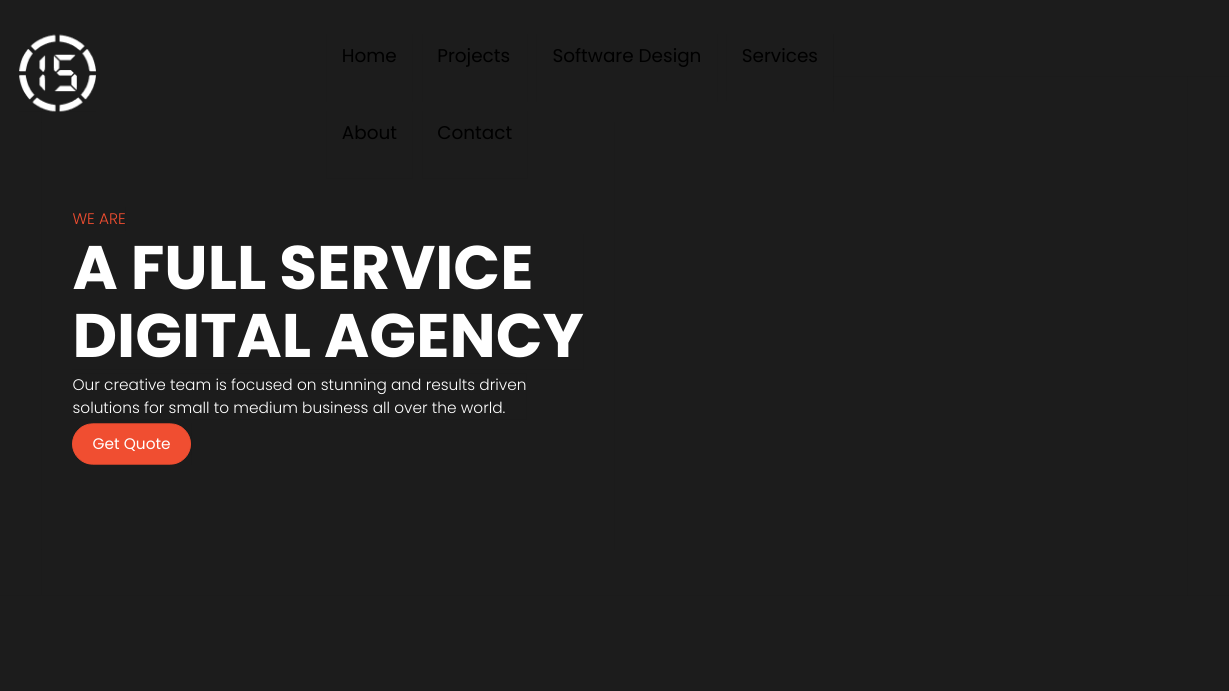
Repository: gopalpurohit54/one5
Page: /
These files come from the project's save history. The page is drawn as it stood at one moment and after the next save; the edit follows.
The browser window is 1280 px wide. The pictures show the whole page, at 96% of full size.
The project was rebuilt for these pictures with package versions that can differ from the ones it lists, and the page was loaded fresh each time.

Above is the page before, as saved 2021-06-11 15:01:07.

### src/index.css
@import url('https://fonts.googleapis.com/css2?family=Poppins:ital,wght@0,100;0,200;0,300;0,400;0,500;0,600;0,700;0,800;0,900;1,100;1,200;1,300;1,400;1,500;1,600;1,700;1,800;1,900&display=swap');

* {
  margin: 0;
  padding: 0;
  outline: none;
  font-family: 'Poppins', sans-serif;
  -webkit-font-smoothing: antialiased;
  -moz-osx-font-smoothing: grayscale;
}

code {
  font-family: source-code-pro, Menlo, Monaco, Consolas, 'Courier New',
    monospace;
}

### src/components/App.js
import React from 'react';
import Navbar from '../components/Navbar';
import { BrowserRouter as Router, Switch, Route } from 'react-router-dom';
import './App.css';
import Home from '../components/Pages/Home';

function App() {
  return (
    <>
    <Router>
      <Navbar />
      <Switch>
        <Route path='/' exact component= {Home} />
      </Switch>
    </Router>
    </>
  );
}



export default App

### src/components/navbar.js
import React, { useState } from 'react';
import { Link } from 'react-router-dom';
import './Navbar.css';

function Navbar() {

    const [click, setClick] = useState(false);

    const handleClick = () => setClick(!click);
    const closeMobileMenu = () => setClick(false);

    return (
        <>
            <nav className="navbar">
                <div className="navbar-container">
                    <Link to="/" className="navbar-logo" onClick= {closeMobileMenu}>
                        <img src="/logo-white.png" alt="" />
                    </Link>
                </div>
                <div className="menu-icon" onClick= {handleClick}>
                    <i className= { click ? 'fas fa-times' : 'fas fa-bars'} />
                </div>
                <ul className= { click ? 'nav-menu active' : 'nav-menu'}>
                    <li className= 'nav-item'>
                        <Link to= '/home' className='nav-links' onClick= {closeMobileMenu}>
                            Home
                        </Link>
                    </li>
                    <li className= 'nav-item'>
                        <Link to= '/projects' className='nav-links' onClick= {closeMobileMenu}>
                            Projects
                        </Link>
                    </li>
                    <li className= 'nav-item'>
                        <Link to= '/software-design' className='nav-links' onClick= {closeMobileMenu}>
                            Software Design
                        </Link>
                    </li>
                    <li className= 'nav-item'>
                        <Link to= '/services' className='nav-links' onClick= {closeMobileMenu}>
                            Services
                        </Link>
                    </li>
                    <li className= 'nav-item'>
                        <Link to= '/about' className='nav-links' onClick= {closeMobileMenu}>
                            About
                        </Link>
                    </li>
                    <li className= 'nav-item'>
                        <Link to= '/contact' className='nav-links' onClick= {closeMobileMenu}>
                            Contact
                        </Link>
                    </li>
                </ul>
            </nav>
        </>
    )
}

export default Navbar

### src/components/App.css

* {
    box-sizing: border-box;
    margin: 0;
    padding: 0;
    font-family: 'Poppins', sans-serif;
    background: #1c1c1c;
  }

### src/components/Pages/Home.js
import React from 'react';
import '../App.css';
import  HeroSection from '../HeroSection';

function Home() {
    return (
        <>
            <HeroSection />
        </>
    )
}

export default Home

### src/components/navbar.css
:root {
    --primary: #F04E31;
}

.navbar {
    background: transparent;
    height: 80px;
    display: flex;
    justify-content: flex-start;
    font-size: 1.2rem;
    position: sticky;
    top: 5%;
    z-index: 999;
}

.navbar-container {
    display: flex;
    justify-content: left;
    align-items: left;
    height: 80px;
    /* max-width: 1500px; */
}

.navbar-logo {
    justify-self: start;
    margin-left: 20px;
    cursor: pointer;
    display: flex;
    align-items: center;
}

.nav-menu {
    display: grid;
    grid-template-columns: repeat(4, auto);
    grid-gap: 10px;
    list-style: none;
    text-align: left;
    width: 60vw;
    justify-content: end;
    margin-right: 2rem;
}

.nav-item {
    height: 70px;
  }

  .nav-links {
    color: #000;
    display: flex;
    align-items: left;
    text-decoration: none;
    padding: 0.5rem 1rem;
    height: 100%;
  }

  .nav-links:hover {
    color: var(--primary);
    transition: all 0.2s ease-out;
  }

  .fa-bars {
    color: #fff;
  }

  .fa-bars:hover {
    color: #F04E31;
  }

  .nav-links-mobile {
    display: none;
  }

  .menu-icon {
    display: none;
  }

  @media screen and (max-width: 960px) {
    .NavbarItems {
      position: relative;
    }

    .nav-menu {
      display: flex;
      flex-direction: column;
      width: 100%;
      height: 90vh;
      position: absolute;
      top: 77px;
      left: -100%;
      opacity: 1;
      transition: all 0.5s ease;
    }

    .nav-menu.active {
      background: #fff;
      left: 0;
      opacity: 1;
      transition: all 0.5s ease;
      z-index: 1;
    }

    .nav-links {
      text-align: left;
      padding: 2rem;
      width: 100%;
      display: table;
    }

    .nav-links:hover {
      background-color: #fff;
      color: var(--primary);
      border-radius: 0;
    }

    .navbar-logo {
      position: absolute;
      top: 0;
      left: 0;
      transform: translate(25%, 50%);
    }

    .menu-icon {
      display: block;
      position: absolute;
      top: 0;
      right: 0;
      transform: translate(-100%, 60%);
      font-size: 1.8rem;
      cursor: pointer;
    }

    .fa-times {
      color: #000;
      font-size: 2rem;
    }

    .fa-times:hover {
      color: #F04E31;
    }
    .nav-links-mobile {
      display: block;
      text-align: left;
      margin: 2rem auto;
      border-radius: 4px;
      width: 80%;
      text-decoration: none;
      font-size: 1.5rem;
      background-color: transparent;
      color: #000;
      padding: 14px 20px;
      border: none;
      transition: all 0.3s ease-out;
    }

    .nav-links-mobile:hover {
      background: #fff;
      color: var(--primary);
      transition: 250ms;
    }
  }

### src/components/HeroSection.js
import React, { useState, useEffect } from 'react';
import './App.css';
import { Button } from './Button';
// import anim from '../src/assets/red-blob-hq.gif';
import styled from 'styled-components';
import { motion } from 'framer-motion';

function HeroSection() {

    const Section = styled.section `
        height: 75vh;
        display: flex;
        flex-direction: column;
        justify-content: center;
        align-items: center;
        background: #1c1c1c;
    `;

    const Container = styled.div `
        display: grid;
        grid-template-columns: 1fr 1fr;
        height: 100vh;
        padding: 3rem calc((100vw - 1300px) /2 );

        @media screen and (max-width: 768px){
            grid-grid-template-columns: 1fr;
        }
    `;

    const ColumnLeft = styled.div `
        display: flex;
        color: #fff;
        flex-direction: column;
        justify-content: center;
        align-items: flex-start;
        padding: 5rem 2rem;

        h1 {
            margin-bottom: 0.25rem;
            font-size: 4rem;
            line-height: 1.1;
        }

        p {
            margin-bottom: 0.25rem;
            font-size: 1rem;
            line-height: 1.5;
            font-style: normal;
            font-weight: 300;
        }

    `;
    const ColumnRight = styled.div ``

    // eslint-disable-next-line no-unused-vars
    const [button, setButton] = useState(true);

    const showButton = () => {
        if(window.innerWidth <= 960) {
            setButton(false);
        } else {
            setButton(true);
        }
    };

    useEffect ( ( ) => {
        showButton();
    }, []);

    window.addEventListener('resize', showButton);

    return (
        <Section className = 'hero-section'>
            <Container className = 'hero-container'>
                <ColumnLeft className = 'col-left'>
                    <p className = 'hero-shortdesc' style={{ color: '#F04E31' }}>WE ARE</p>
                    <h1>A FULL SERVICE <br/>
                    DIGITAL AGENCY</h1>
                    <p className = 'hero-desc'>Our creative team is focused on stunning and results driven <br/>
                    solutions for small to medium business all over the world.</p>
                    <div className='hero-btn'>
                    <Button className='btn' buttonStyle='btn--primary'>Get Quote</Button>
                    </div>
                </ColumnLeft>
                {/* <ColumnRight className = 'col-right'>
                    <img src= { anim } style= {{ display: 'block', margin: 'auto' }} alt= "Loading..." />
                </ColumnRight> */}
            </Container>
        </Section>
    )
}

export default HeroSection

### src/components/Button.js
import React from 'react';
import './Button.css';
import { Link } from 'react-router-dom';

const STYLES = ['btn--primary', 'btn--outline', 'btn--test'];

const SIZES = ['btn--medium', 'btn--large'];

export const Button = ({
  children,
  type,
  onClick,
  buttonStyle,
  buttonSize
}) => {
  const checkButtonStyle = STYLES.includes(buttonStyle)
    ? buttonStyle
    : STYLES[0];

  const checkButtonSize = SIZES.includes(buttonSize) ? buttonSize : SIZES[0];

  return (
    <Link to='/sign-up' className='btn-mobile'>
      <button
        className={`btn ${checkButtonStyle} ${checkButtonSize}`}
        onClick={onClick}
        type={type}
      >
        {children}
      </button>
    </Link>
  );
};

### src/components/Button.css
:root {
    --primary: #F04E31;
}

.btn {
    padding: 8px 20px;
    border-radius: 30px;
    outline: none;
    border: none;
    cursor: pointer;
}

.btn--primary {
    background-color: var(--primary);
    color: #fff;
    border: 1px solid var(--primary);
}

.btn--outline {
    background-color: transparent;
    color: #F04E31;
    padding: 8px 20px;
    border: 1px solid var(--primary);
    transition: all 0.3s ease-out;
}

.btn--medium {
    padding: 8px 20px;
    font-size: 16px;
}

.btn--large {
    padding: 12px 26px;
    font-size: 16px;
}

.btn--medium:hover, .btn--large:hover {
    background: transparent;
    color: #F04E31;
    transition: all 0.3s ease-out;
}

Loaded but not shown: public/index.html (common file); src/index.js (common file); src/reportWebVitals.js (common file)

After the next save:
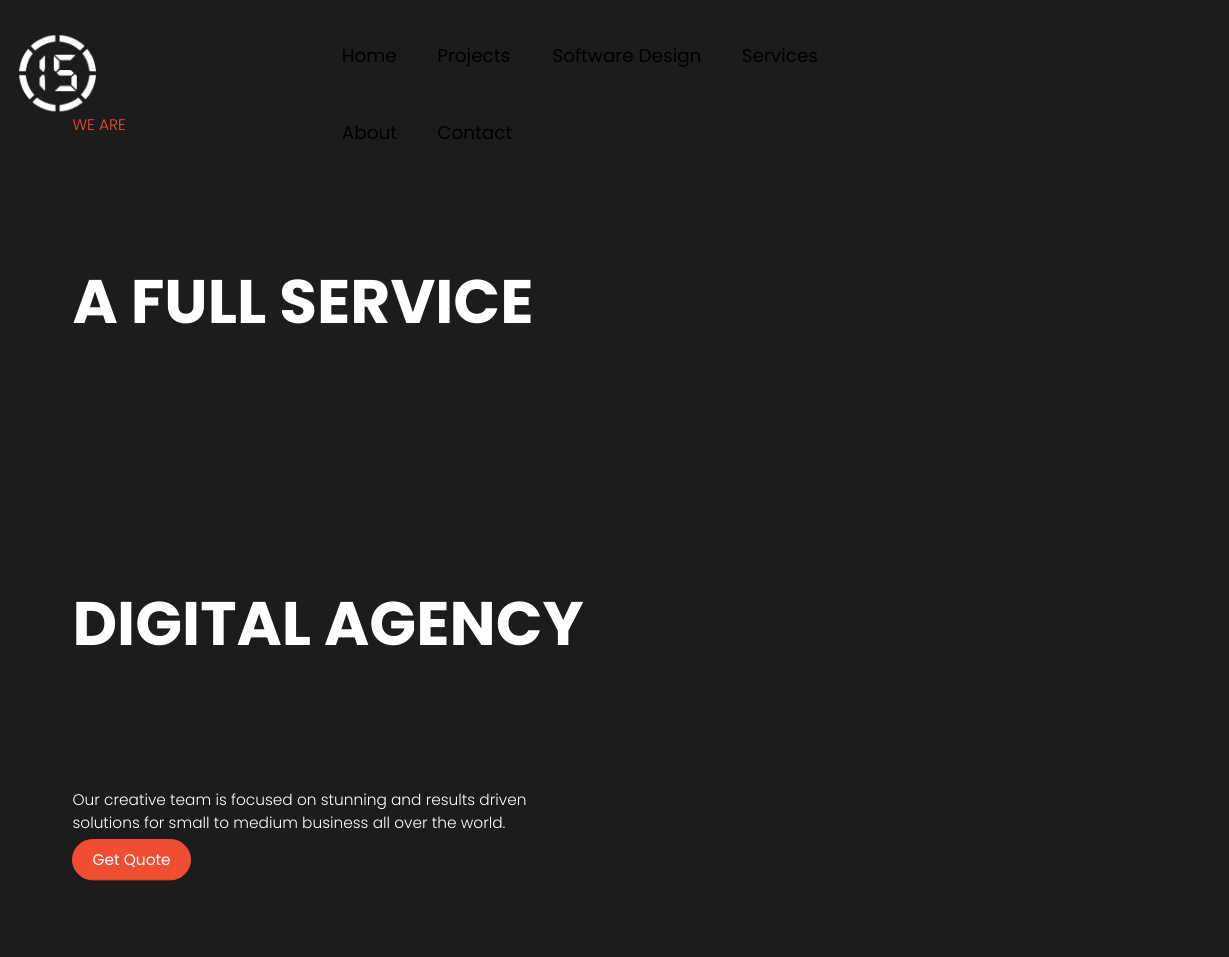
Saved 87 s later.
--- a/src/components/HeroSection.js
+++ b/src/components/HeroSection.js
@@ -38,7 +38,7 @@
         h1 {
             margin-bottom: 0.25rem;
             font-size: 4rem;
-            line-height: 1.1;
+            line-height: 5.25;
         }
 
         p {

After the save that followed:
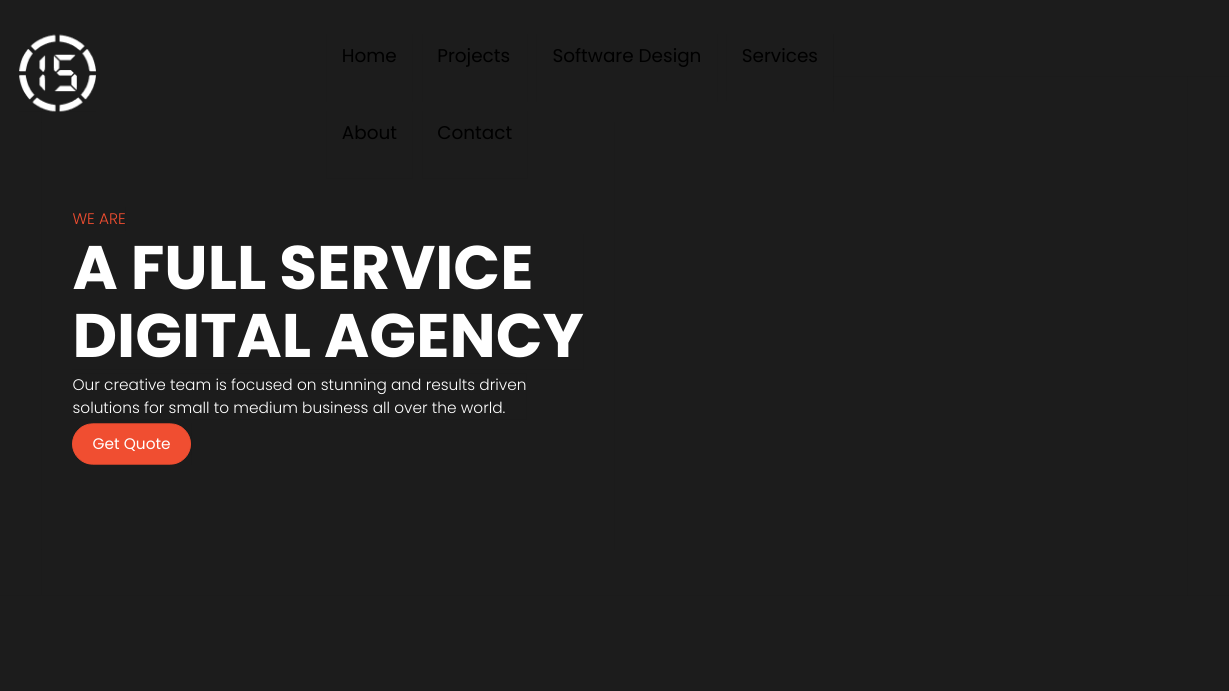
Saved 7 s later.
--- a/src/components/HeroSection.js
+++ b/src/components/HeroSection.js
@@ -38,7 +38,7 @@
         h1 {
             margin-bottom: 0.25rem;
             font-size: 4rem;
-            line-height: 5.25;
+            line-height: 1.1;
         }
 
         p {
